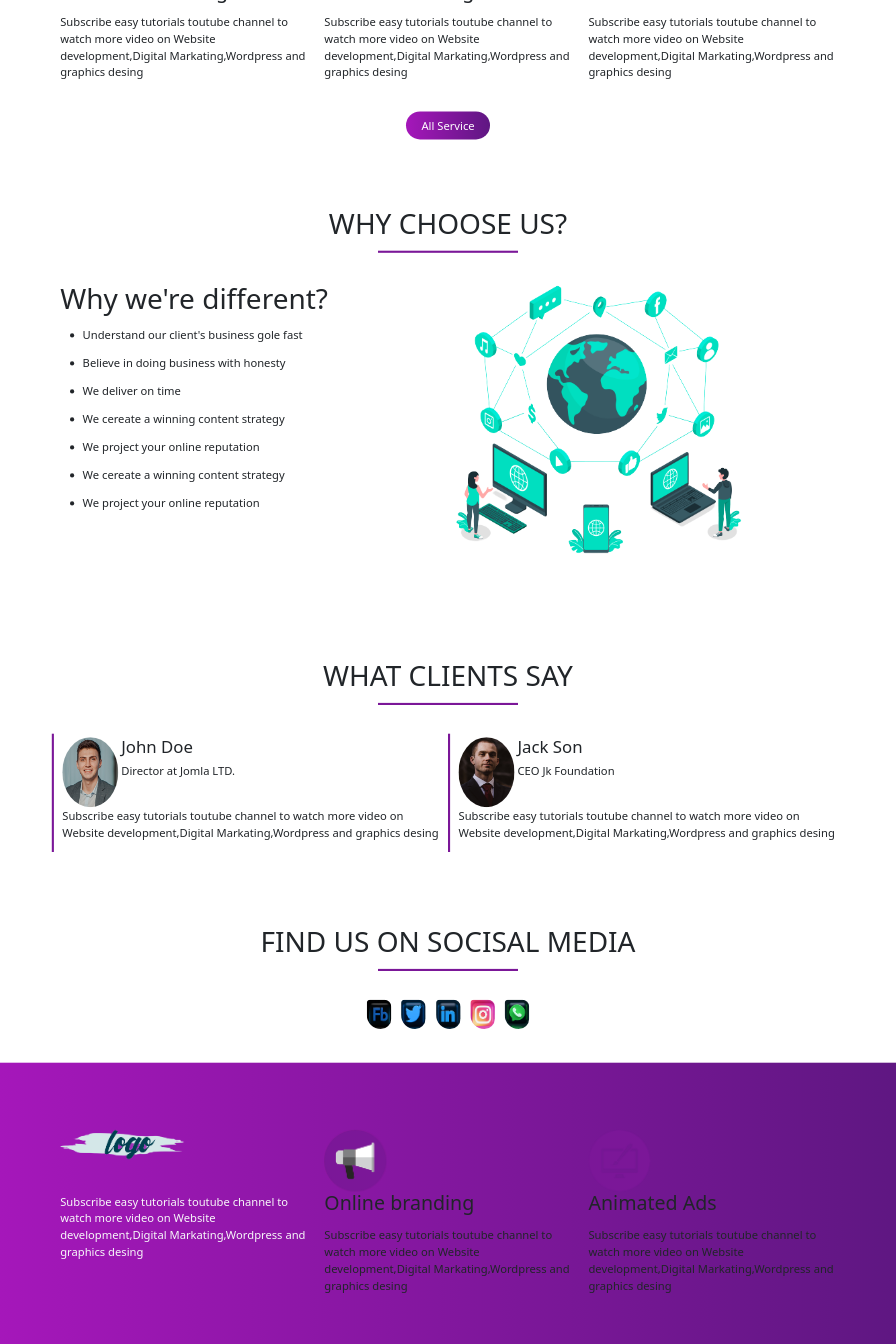
Repository: zjria/PSD-to-HTML-DIGITAL-AGENCY
Page: index.html
An editor plug-in stored every save of this project. The page is shown before and after the next save, followed by the edit.
The browser window is 1280 px wide. The pictures show the part of the page from y = 813 to 2733 px (the page is 2733 px tall), at 70% of full size.
Some web libraries are served in a nearby version.

Above is the page before, as saved 2022-05-11 22:52:40.

### index.html
<!doctype html>
<html lang="en">
  <head>
    <!-- Required meta tags -->
    <meta charset="utf-8">
    <meta name="viewport" content="width=device-width, initial-scale=1">
    <title>DIGITAL AGENCY</title>
    <!-- Bootstrap CSS -->
    <link href="https://cdn.jsdelivr.net/npm/bootstrap@5.0.2/dist/css/bootstrap.min.css" rel="stylesheet">
    <!-- Font awesome link-->
    <link rel="stylesheet" href="https://cdnjs.cloudflare.com/ajax/libs/font-awesome/6.1.1/css/all.min.css">
    <!-- custom CSS  -->
    <link rel="stylesheet" href="css/style.css">
  </head>
  <body>
    <!-- Navbar Section Start -->
    <section class="header">
        <nav class="navbar navbar-expand-md fixed-top">
            <div class="container">
                <a href="#" class="navbar-brand">
                    <img src="img/h_logo.png" alt="" class="menu-icon img-fluid w-50">
                </a>
                <button class="navbar-toggler" data-bs-target="#menunavbarlink" data-bs-toggle="collapse" type="button">
                    <span class="navbar-toggler-icon"></span>
                </button>
                <div class="collapse navbar-collapse fw-bold " id="menunavbarlink">
                  <ul class="navbar-nav ms-auto ">
                    <li class="nav-item ">
                      <a href="#Home" class="nav-link text-white">Home</a>
                    </li>
                    <li class="nav-item">
                      <a href="#Services" class="nav-link text-white">Services</a>
                    </li>
                    <li class="nav-item">
                      <a href="#About" class="nav-link text-white">About</a>
                    </li>
                    <li class="nav-item">
                      <a href="#Testimonials" class="nav-link text-white" >Testimonials</a>
                    </li>
                    <li class="nav-item">
                      <a href="#Contact" class="nav-link text-white">Contact</a>
                    </li>
                  </ul>
                </div>
            </div>
        </nav>
    </section>
    <!-- Navbar Section END -->
    <!-- Navbar Section Start -->
    <section class="" id="baner" id="Home">
      <div class="container p-3 py-5">
        <div class="row align-items-center text-white mt-5">
          <div class="col-md-6">
            <h1>BEST DIGITAL AGENCY</h1>
            <p class="lead">Subscribe easy tutorials toutube channel to watch more video on Website development,Digital Markating,Wordpress and graphics desing</p>
            <a href="#"><img src="img/play.png" class="img-fluid me-2 " alt=""><span>Watch tutorials</span></a>
          </div>
          <div class="col-md-6 m-auto">
            <img src="img/heder_logo.png" class="img-fluid w-75" alt="">
          </div>
        </div>
      </div>
      <img src="img/wave1.png" alt="" class="img-wave1 img-fluid">
    </section>
    <!-- Navbar Section END -->

    <!-- Service Section Start -->
      <section class="service-section">
        <div class="container p-3 py-5">
          <div class="row">
            <h1 class="title">WHAT WE DO?</h1>
          </div>
          <div class="row mt-5">
            <div class="col-12 col-md-4 mb-2">
              <img src="img/service1.png" alt="" class="img-fluid w-25">
              <h3 class="mb-3">Growth Marketing</h3>
              <p>
                Subscribe easy tutorials toutube channel to watch more video on Website development,Digital Markating,Wordpress and graphics desing</p>
            </div>
            <div class="col-12 col-md-4 mb-2">
              <img src="img/service2.png" alt="" class="img-fluid w-25">
              <h3 class="mb-3">Online branding</h3>
              <p>
                Subscribe easy tutorials toutube channel to watch more video on Website development,Digital Markating,Wordpress and graphics desing</p>
            </div>
            <div class="col-12 col-md-4 mb-2">
              <img src="img/service3.png" alt="" class="img-fluid w-25">
              <h3 class="mb-3">Animated Ads</h3>
              <p>
                Subscribe easy tutorials toutube channel to watch more video on Website development,Digital Markating,Wordpress and graphics desing</p>
            </div>
          </div>
          <div class="row">
            <div class="com-12 text-center">
              <button type="button" class="services-button btn">All Service</button>
            </div>
          </div>
        </div>
      </section>
    <!-- Service Section End -->

    <!-- About Section Start -->
    <section class="about-section">
      <div class="container p-3 py-5">
        <div class="row">
          <h1 class="title">WHY CHOOSE US?</h1>
        </div>
        <div class="row my-5">
          <div class="col-md-6">
            <h1>Why we're different?</h1>
            <ul>
              <li class="py-2">Understand our client's business gole fast</li>
              <li class="py-2">Believe in doing business with honesty</li>
              <li class="py-2">We deliver on time</li>
              <li class="py-2">We cereate a winning content strategy</li>
              <li class="py-2">We project your online reputation</li>
              <li class="py-2">We cereate a winning content strategy</li>
              <li class="py-2">We project your online reputation</li>
            </ul>
          </div>
          <div class="col-md-6">
            <img src="img/networker.png" alt="" class="img-fluid w-75">
          </div>
        </div>
      </div>
    </section>

    <!-- About Section End -->

    <!-- Testimonial Start -->
    <section class="Testimonial-section">
      <div class="container p-3 py-5">
        <div class="row">
          <h1 class="title">WHAT CLIENTS SAY</h1>
        </div>
        <div class="row mt-5 man-img">
          <div class="col-12 col-md-6 mb-2 cline-div-style">
            <img src="img/man-1.png" alt="" class="img-fluid">
            <span class="d-inline-block mt-1">
              <h4>John Doe</h4>
              <p>Director at Jomla LTD.</p>
            </span>
            <p>
              Subscribe easy tutorials toutube channel to watch more video on Website development,Digital Markating,Wordpress and graphics desing</p>
          </div>
          <div class="col-12 col-md-6 mb-2 cline-div-style">
            <img src="img/man-2.png" alt="" class="img-fluid">
            <span class="d-inline-block mt-1">
              <h4>Jack Son</h4>
              <p>CEO Jk Foundation</p>
            </span>
            <p>
              Subscribe easy tutorials toutube channel to watch more video on Website development,Digital Markating,Wordpress and graphics desing</p>
          </div>
        </div>
      </div>
    </section>
    <!-- Testimonial End -->

    <!-- Social Section Start -->
    <section class="Social-section">
      <div class="container p-3 py-5">
        <div class="row">
          <h1 class="title">FIND US ON SOCISAL MEDIA</h1>
        </div>
        <div class="row pt-5 text-center">
          <div class="col-12">
            <a href="#"><img src="img/F.png" alt="" class="img-fluid"></a>
            <a href="#"><img src="img/T.png" alt="" class="img-fluid"></a>
            <a href="#"><img src="img/L.png" alt="" class="img-fluid"></a>
            <a href="#"><img src="img/I.png" alt="" class="img-fluid"></a>
            <a href="#"><img src="img/M.png" alt="" class="img-fluid"></a>
          </div>
        </div>
      </div>
    </section>
    <!-- Social Section End -->
    <!-- Footer Section Start -->
    <section class="Footer-section" id="Footer">
      <div class="container p-3 py-5">

        <div class="row mt-5">
          <div class="col-12 col-md-4 mb-2">
            <img src="img/h_logo.png" alt="" class="img-fluid w-50">
            <p class="text-light py-5">
              Subscribe easy tutorials toutube channel to watch more video on Website development,Digital Markating,Wordpress and graphics desing</p>
          </div>
          <div class="col-12 col-md-4 mb-2">
            <img src="img/service2.png" alt="" class="img-fluid w-25">
            <h3 class="mb-3">Online branding</h3>
            <p>
              Subscribe easy tutorials toutube channel to watch more video on Website development,Digital Markating,Wordpress and graphics desing</p>
          </div>
          <div class="col-12 col-md-4 mb-2">
            <img src="img/service3.png" alt="" class="img-fluid w-25">
            <h3 class="mb-3">Animated Ads</h3>
            <p>
              Subscribe easy tutorials toutube channel to watch more video on Website development,Digital Markating,Wordpress and graphics desing</p>
          </div>
        </div>

      </div>
    </section>
    <!-- Footer Section End -->


    <!-- Optional JavaScript; choose one of the two! -->
    <!-- Option 1: Bootstrap Bundle with Popper -->
    <script src="https://cdn.jsdelivr.net/npm/bootstrap@5.0.2/dist/js/bootstrap.bundle.min.js"></script>
  </body>
</html>

### css/style.css
.navbar{
    background-image: linear-gradient(to right, #a517ba,#5f1782)!important;
}
#baner{
    background-image: linear-gradient(to right, #a517ba,#5f1782)!important;
    align-items: center;
    margin: auto;
    justify-content: center;
}
#baner a img{
    width: 50px;
    align-items: center;
    margin: auto;
    justify-content: center;

}
#baner a{
    text-decoration: none;
    color: white;
}
.img-wave1{
    width: 100%;
}

/* Service Section */
.title{
    text-align: center;
}
.title::after{
    content: "";
    display: block;
    background: #7B1798;
    height: 3px;
    width: 200px;
    margin: auto;
    transform: translateY(15px);
}

.services-button {
    background-image: linear-gradient(to right, #a517ba,#5f1782);
    color: white;
    border: none;
    width: 120px;
    height: 40px;
    margin: auto;
    border-radius: 20px;
    margin-top: 20px;
}
/* Testimonial-section Section Start  */
.Testimonial-section .man-img img{
    width: 80px;
    border-radius: 50%;
}
/* Cline-section Section Start  */
.cline-div-style{
    border-left: 3px solid #7B1798;
}
/* Social-section */
.Social-section a{
    margin: 5px;

}
.Social-section img{
    width: 35px;
    border-radius: 10px 20px 30px 40px;
    transition: 0.5s;
}
.Social-section img:hover{
    transform: translateY(-15px);
}

/* Footer Section */
#Footer{
    background-image: linear-gradient(to right, #a517ba,#5f1782)!important;
}
#Footer{
    background-image: linear-gradient(to right, #a517ba,#5f1782)!important;
    align-items: center;
    margin: auto;
    justify-content: center;
}

After the next save:
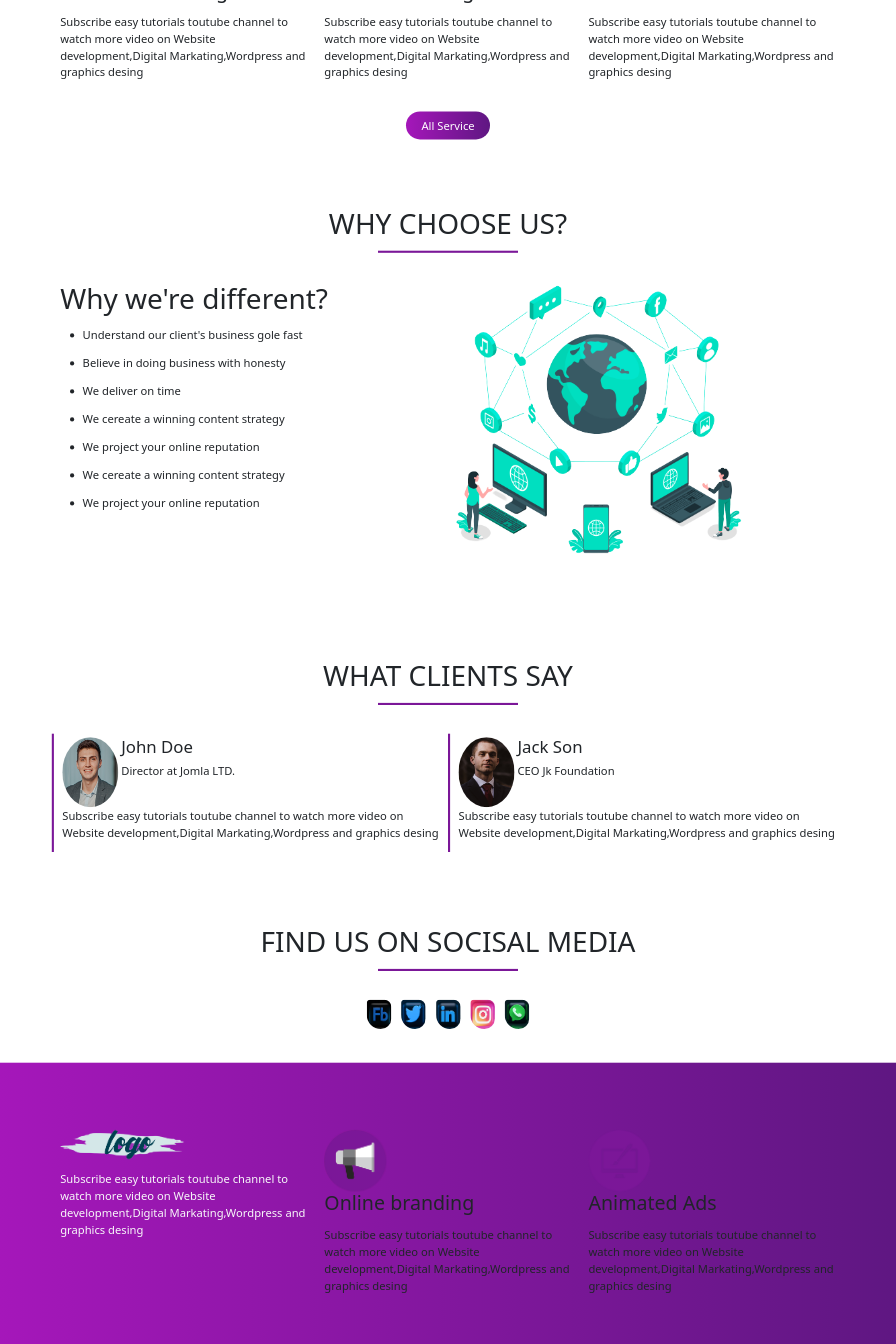
Saved 7 s later.
--- a/index.html
+++ b/index.html
@@ -182,7 +182,7 @@
         <div class="row mt-5">
           <div class="col-12 col-md-4 mb-2">
             <img src="img/h_logo.png" alt="" class="img-fluid w-50">
-            <p class="text-light py-5">
+            <p class="text-light py-3">
               Subscribe easy tutorials toutube channel to watch more video on Website development,Digital Markating,Wordpress and graphics desing</p>
           </div>
           <div class="col-12 col-md-4 mb-2">
